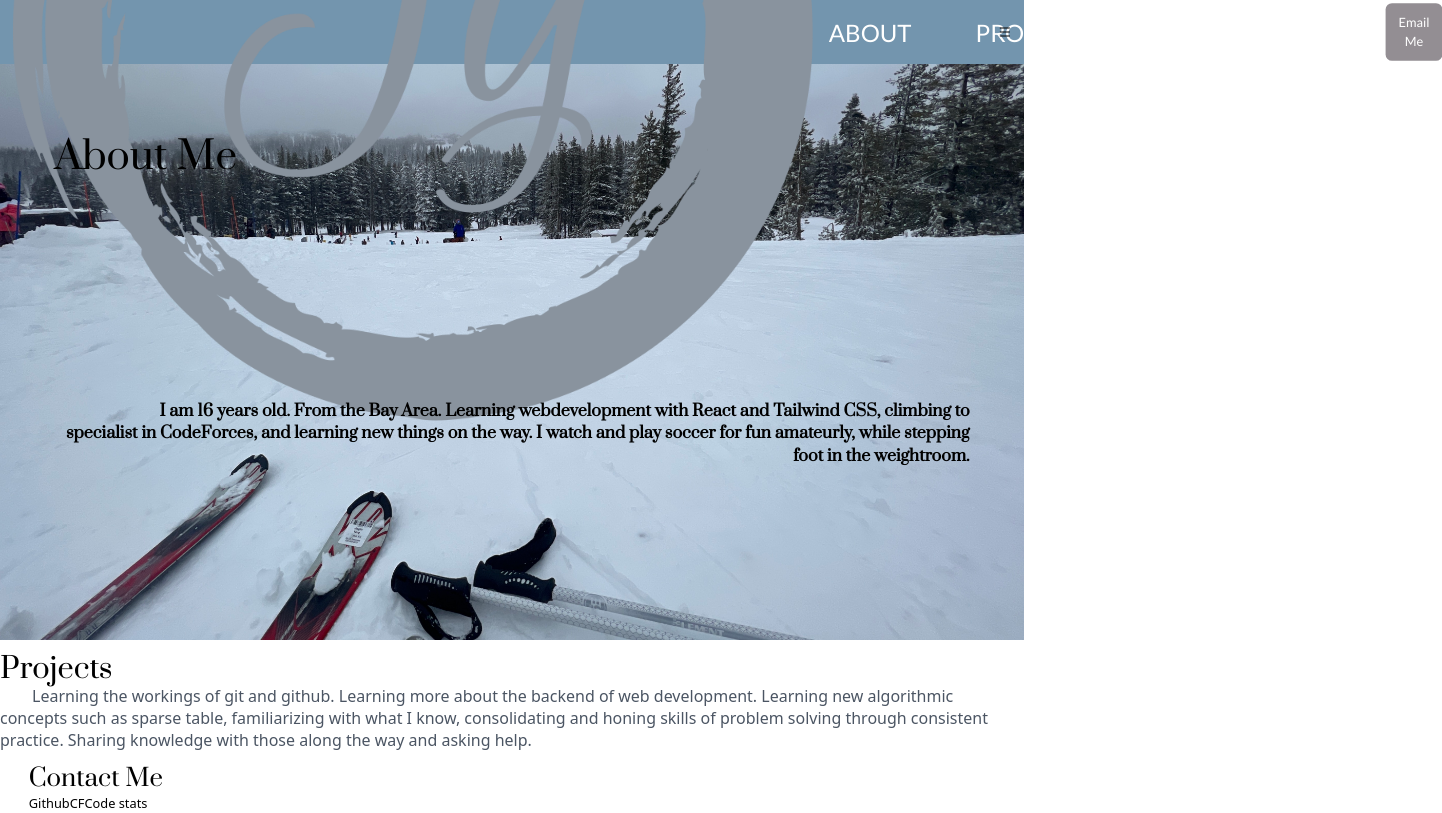
Repository: joshuayanggithub/joshua-yang-website
Page: /
The author's editor kept a copy of each file at every save. The page is drawn from the files as they stood at one save, then again after the next save.
The browser window is 1280 px wide. The page is 1803 px wide, then 1280 px, then 1803 px, so the pictures cover 1803 px, including what lies to the right of the window. The pictures show the whole page, at 80% of full size.
Some web fonts or font styles are not loaded; a fallback is used. The project was rebuilt for these pictures with package versions that can differ from the ones it lists, and the page was loaded fresh each time.

Above is the page before, as saved 2023-01-09 11:59:10.

### public/index.html
<!DOCTYPE html>
<html lang="en">
  <head>
    <meta charset="utf-8" />
    <link rel="icon" href="%PUBLIC_URL%/favicon.ico" />
    <meta name="viewport" content="width=device-width, initial-scale=1" />
    <meta name="theme-color" content="#000000" />
    <meta
      name="description"
      content="Web site created using create-react-app"
    />
    <link rel="apple-touch-icon" href="%PUBLIC_URL%/logo192.png" />
    <!--
      manifest.json provides metadata used when your web app is installed on a
      user's mobile device or desktop. See https://developers.google.com/web/fundamentals/web-app-manifest/
    -->
    <link rel="manifest" href="%PUBLIC_URL%/manifest.json" />
    <!--
      Notice the use of %PUBLIC_URL% in the tags above.
      It will be replaced with the URL of the `public` folder during the build.
      Only files inside the `public` folder can be referenced from the HTML.

      Unlike "/favicon.ico" or "favicon.ico", "%PUBLIC_URL%/favicon.ico" will
      work correctly both with client-side routing and a non-root public URL.
      Learn how to configure a non-root public URL by running `npm run build`.
    -->
    <title>Joshua Yang</title>
  </head>
  <body>
    <noscript>You need to enable JavaScript to run this app.</noscript>
    <div id="root"></div>
    <!--
      This HTML file is a template.
      If you open it directly in the browser, you will see an empty page.

      You can add webfonts, meta tags, or analytics to this file.
      The build step will place the bundled scripts into the <body> tag.

      To begin the development, run `npm start` or `yarn start`.
      To create a production bundle, use `npm run build` or `yarn build`.
    -->
  </body>
</html>

### src/index.css
@import url('https://fonts.googleapis.com/css2?family=Lato:ital,wght@0,100;0,300;0,400;0,700;0,900;1,100;1,400;1,700;1,900&display=swap');

@import url('https://fonts.googleapis.com/css2?family=Prata&display=swap');

@import url('https://fonts.googleapis.com/css2?family=Sofia&display=swap');

@tailwind base;
@tailwind components;
@tailwind utilities;

### src/App.js
import NavBar from "./components/NavBar";
import About from "./components/About";
import Contacts from "./components/Contacts";
import Setup from "./components/Setup";
import Projects from "./components/Projects";

function App() {
  return (
    <>
      <NavBar />
      <About />
      <Projects />
      <Setup />
      <Contacts />
    </>
  );
}

export default App;

### src/components/NavBar.jsx
import React, {useState} from "react";
import {AiOutlineMenu,AiOutlineClose} from 'react-icons/ai'
import Button from './Button'

const NavBar = () => {
  const [nav, setNav] = useState(true) //react hooks!

  const toggleNav = () => {
    setNav(!nav)
  }

  const links = [
    {'id': 1, 'name': 'About'},
    {'id': 2, 'name': 'Projects'},
    {'id': 3, 'name': 'Setup'},
    {'id': 4, 'name': 'Links'}
  ]

  const closeButton = (
    <div><AiOutlineClose> size={100}</AiOutlineClose></div>
  )

  const menuButton = (
    <div><AiOutlineMenu> size={100} </AiOutlineMenu></div>
  )

  return (
    <div class="md:flex flex-row bg-sasskyblue w-full justify-between items-center h-20 mr-auto px-4">

      <div class={!nav ? 'hidden' : "hidden md:flex items-center"}>
        <img src="/imgs/logo-no-background.png" class="object-contain rounded-full transition-shadow ease-in-out duration-300 shadow-none hover:shadow-2xl"></img>
        <ul class="hidden md:flex gap-10 ">
          {
            links.map((link) =>
              <li key={link.id} class="">
                <a href='#About' class="text-3xl text-white px-5 hover:bg-sasnavyblue hover:font-bold duration-300 uppercase font-navheader">{link.name}</a>
              </li>
            )
          }
        </ul>
        <Button> Email Me </Button>
      </div>

      <div class={!nav ? 'fixed left-0 top-0 w-[30%] h-full border-r border-r-gray-600 bg-sasnavyblue ease-in duration-1000' : "fixed hidden"}>
        <h1 class="font-cursive text-5xl font-bold text-blue-200 m-10">Jy.</h1>
        <ul class="p-4">
          {
            links.map((link) =>
              <li key={link.id} class="p-4 border-b border-b-gray-400">
                <a href='#About' class="text-2xl text-white p-5 hover:bg-sasnavyblue hover:font-bold duration-300 uppercase font-navheader">{link.name}</a>
              </li>
            )
          }
        </ul>
      </div>
      <div onClick={toggleNav}>
        {nav ? menuButton: null}
      </div>
      <div onClick={toggleNav}>
        {nav ? null : closeButton }
      </div>
    </div>
  );
};

export default NavBar;

### src/components/About.jsx
import React from 'react'

const About = () => {
  return (
    <div class="h-screen py-10 px-5" style={{backgroundImage: "url(/imgs/snow_background.jpg)",  height: '100vh', width: "100vw", backgroundRepeat: "no-repeat",  backgroundPosition: 'left', backgroundSize: 'cover',}}>
      <h1 class="py-10 px-8 my-3 mx-4 text-black font-pageheader text-5xl max-w-4xl">About Me</h1>
      <p class="py-40 justify-between px-8 my-20 mx-4 indent-10 text-black text-xl font-pageheader font-extrabold text-end" >I am 16 years old. From the Bay Area. Learning webdevelopment with React and Tailwind CSS, climbing to specialist in CodeForces, and learning new things on the way. I watch and play soccer for fun amateurly, while stepping foot in the weightroom. </p>
    </div>
  );
}

export default About

### src/components/Contacts.jsx
import React from 'react'

const Contacts = () => {
  return (
    <div class="mx-5 px-4">
      <h1 class="text-3xl font-pageheader ">Contact Me</h1>
      <a href="https://github.com/joshuayanggithub">Github</a>
      <a href="https://codeforces.com/profile/JoshuaYang">CF</a>
      <a href="https://wakatime.com/@joshuayang">Code stats</a>
    </div>
  );
}

export default Contacts

### src/components/Setup.jsx
import React from 'react'

const Setup = () => {
  return (
    <div>

    </div>
  );
}

export default Setup

### src/components/Projects.jsx
import React from 'react'

const Projects = () => {
  return (
    <div class="my-4">
      <h1 class="text-black text-4xl font-pageheader">Projects</h1>
      <p class="indent-10 text-gray-600 text-xl">
        Learning the workings of git and github. Learning more about the backend of web development. Learning new algorithmic concepts such as sparse table, familiarizing with what I know,  consolidating and honing skills of problem solving through consistent practice. Sharing knowledge with those along the way and asking help.
      </p>
    </div>
  );
}

export default Projects

### src/components/Button.jsx
import React from "react";

const Button = (props) => {
  return (
    <button class="bg-sasgrey text-white font-navheader py-3  px-4 mx-3 rounded-lg">
      {props.children}
    </button>
  );
}

export default Button

### tailwind.config.js
/** @type {import('tailwindcss').Config} */
module.exports = {
  content: [
    "./src/components/*.{html,js,jsx}",
    "./src/**/*.{html,js,jsx}",
  ],
  theme: {
    screens: {
      'sm': '640px',
      // => @media (min-width: 640px) { ... }

      'md': '768px',
      // => @media (min-width: 768px) { ... }

      'lg': '1024px',
      // => @media (min-width: 1024px) { ... }

      'xl': '1280px',
      // => @media (min-width: 1280px) { ... }

      '2xl': '1536px',
      // => @media (min-width: 1536px) { ... }
    },
    extend: {
      colors: {
        'sasblack':'#5D5C61',
        'sasgrey': '#938e93',
        'sasskyblue': '#7395AE',
        'sasnavyblue': '#557A95',
        'sasgold':'#B1A296',
      }
    },
    fontFamily: {
      navheader: ['Lato',],
      pageheader: ['Prata',],
      cursive:['Sofia'],
    },
  },
  plugins: [],
}

Loaded but not shown: src/index.js (common file)

After the next save:
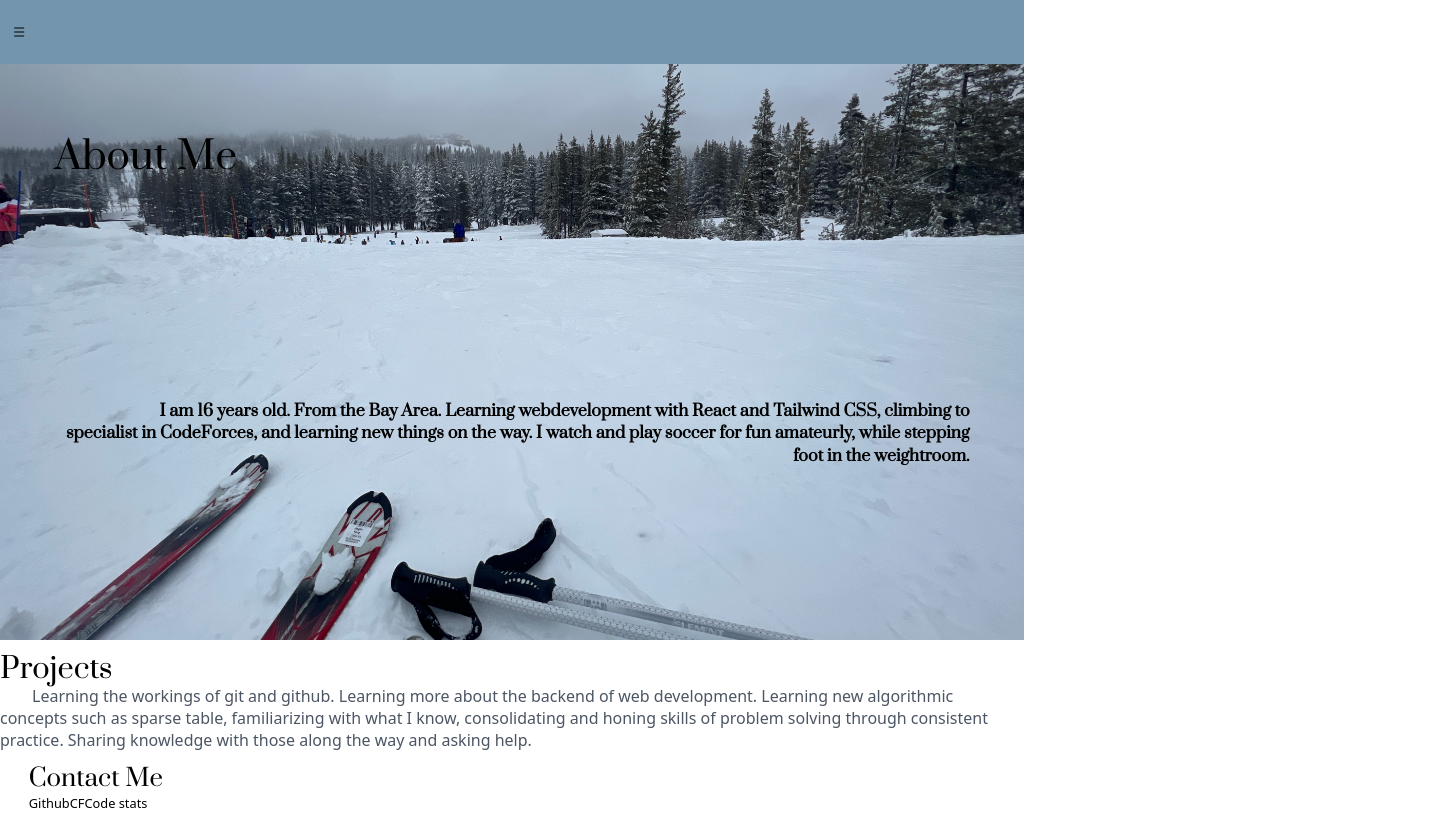
Saved 15 s later.
--- a/src/components/NavBar.jsx
+++ b/src/components/NavBar.jsx
@@ -27,7 +27,7 @@
   return (
     <div class="md:flex flex-row bg-sasskyblue w-full justify-between items-center h-20 mr-auto px-4">
 
-      <div class={!nav ? 'hidden' : "hidden md:flex items-center"}>
+      <div class={nav ? 'hidden' : "hidden md:flex items-center"}>
         <img src="/imgs/logo-no-background.png" class="object-contain rounded-full transition-shadow ease-in-out duration-300 shadow-none hover:shadow-2xl"></img>
         <ul class="hidden md:flex gap-10 ">
           {

After the save that followed:
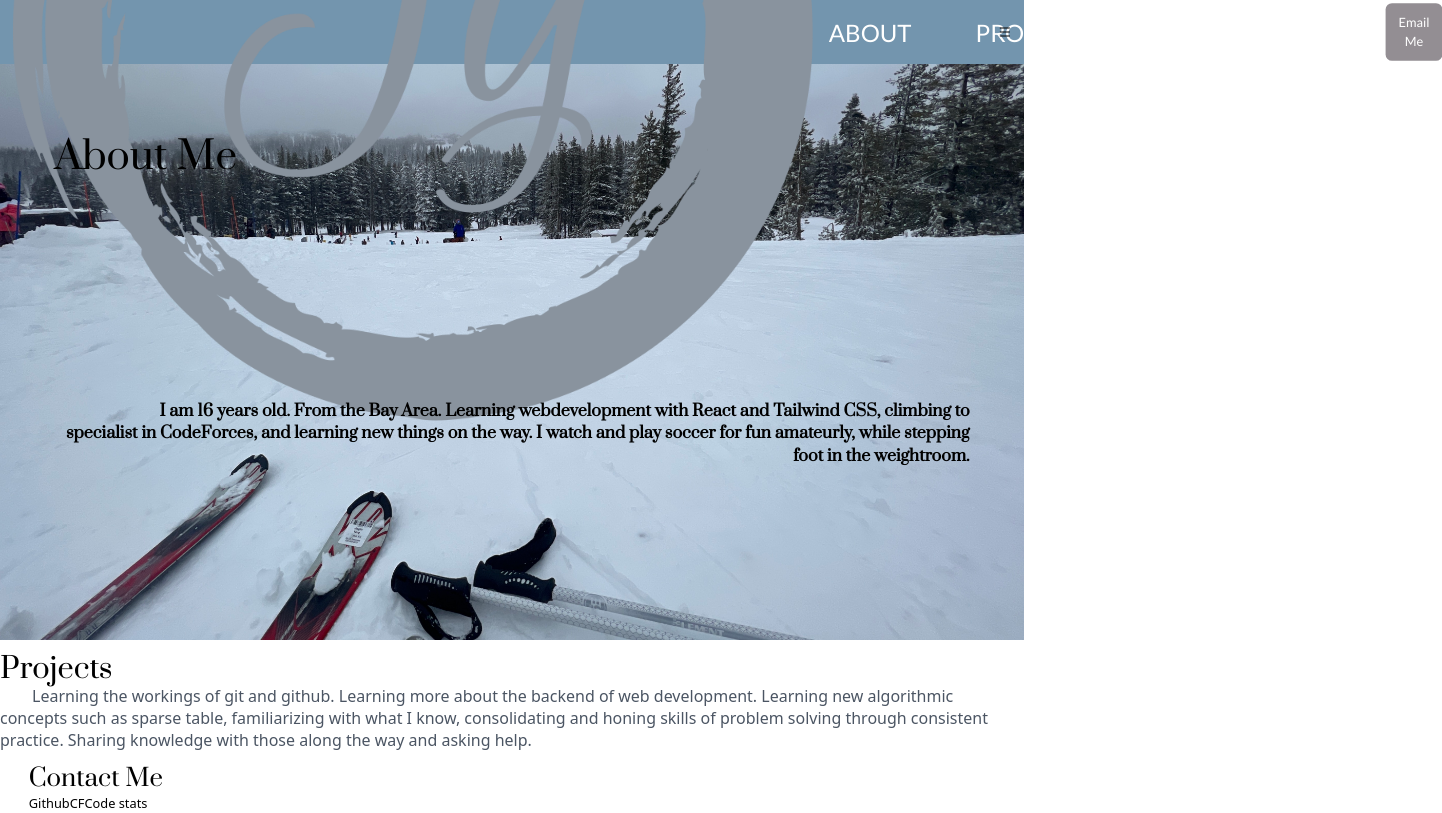
Saved 10 s later.
--- a/src/components/NavBar.jsx
+++ b/src/components/NavBar.jsx
@@ -27,7 +27,7 @@
   return (
     <div class="md:flex flex-row bg-sasskyblue w-full justify-between items-center h-20 mr-auto px-4">
 
-      <div class={nav ? 'hidden' : "hidden md:flex items-center"}>
+      <div class={nav ? "hidden md:flex items-center" : 'hidden'}>
         <img src="/imgs/logo-no-background.png" class="object-contain rounded-full transition-shadow ease-in-out duration-300 shadow-none hover:shadow-2xl"></img>
         <ul class="hidden md:flex gap-10 ">
           {
